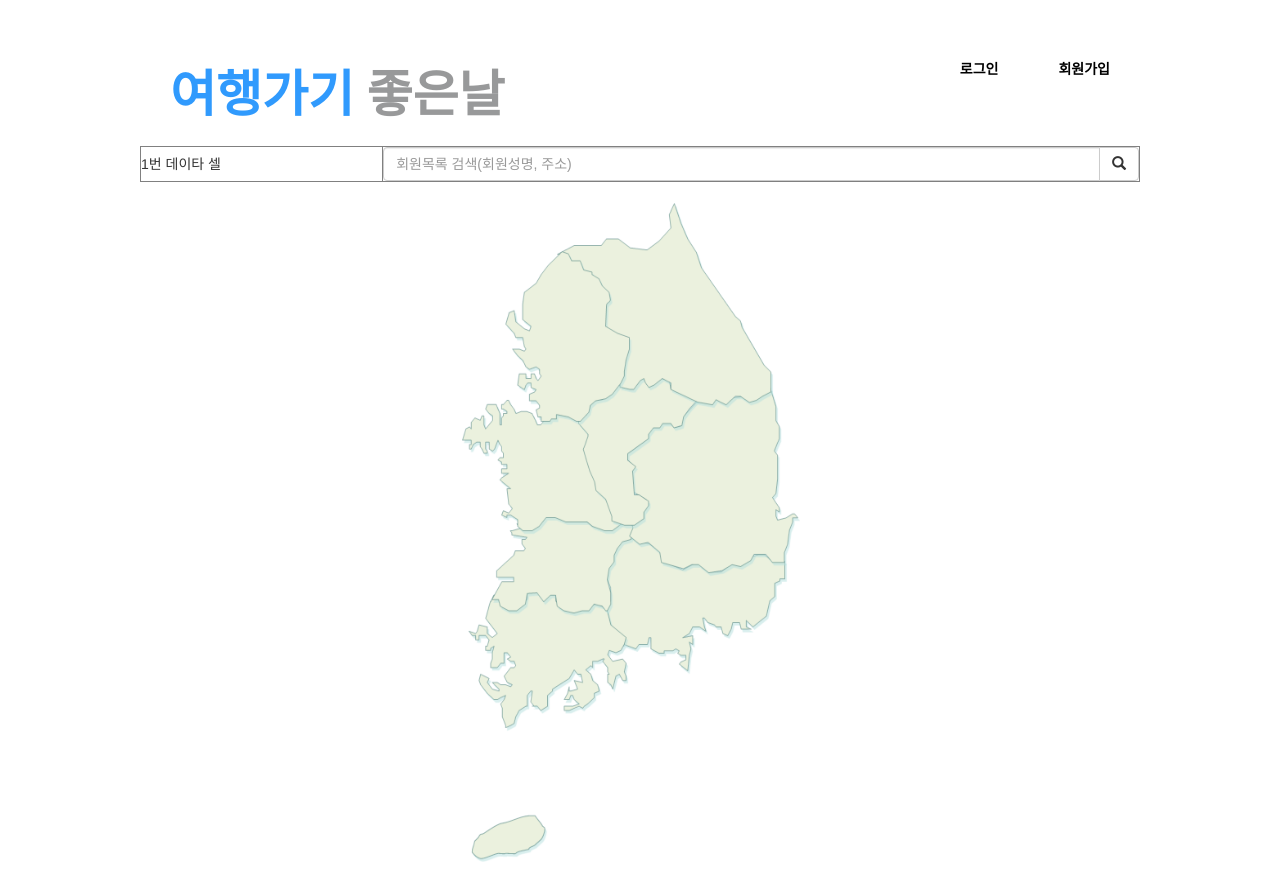
Repository: Hotmintchoco/teamProject1
Page: http://localhost/tripProject/mypage.jsp
An editor plug-in stored every save of this project. The page is shown before and after the next save, followed by the edit.
The browser window is 1280 px wide. The pictures show the whole page.
Some web fonts or font styles are not loaded; a fallback is used. The page is served by Tomcat 9. Nobody is signed in. The application's start-up code is not run. Other server files are loaded and not shown.

Above is the page before, as saved 2022-07-02 11:24:14.

### tripProject/src/main/webapp/mypage.jsp
<%@ page language="java" contentType="text/html; charset=UTF-8"
    pageEncoding="UTF-8"%>
<!DOCTYPE html>
<html>
<head>
<meta charset="UTF-8">
    <meta name="viewport" content="width=device-width, initial-scale=1.0">
    <title>여행가기 좋은날</title>
    <link rel="preconnect" href="https://fonts.googleapis.com">
	<link rel="preconnect" href="https://fonts.gstatic.com" crossorigin>
	<link href="https://fonts.googleapis.com/css2?family=Gugi&display=swap" rel="stylesheet">
    <link rel="stylesheet" href="fontawesome/css/all.min.css"> <!-- https://fontawesome.com/ -->
    <link rel="stylesheet" href="css/magnific-popup.css">
    <link rel="stylesheet" href="css/templatemo-ocean-vibes.css">
    <link rel="stylesheet" href="https://maxcdn.bootstrapcdn.com/bootstrap/3.4.1/css/bootstrap.min.css">
    <style>
        ul,ol.li {list-style: none; margin: 0; padding: 0;}
        nav {width: 1000px; height: 50px; margin:0 auto;}
	    nav > ul > li > a {float: right; color: black;
            text-decoration: none; margin: 0px 30px 0 30px;
            font-weight: bold; font-family: 'Gugi', cursive;}
        #slider {width: 1000px; height: 700px; margin: 0 auto;}
        #slider > img {margin-left: 250px;}
        .tm-mt-0 {float: left; font-size: 50px;}
        #menubar {width: 1000px; margin: 0 auto;}
    </style>
</head>
<body>
    <header class="tm-site-header">
        <div>
            <nav>
                <ul>
                    <li><a href="#">회원가입</a></li>
                    <li><a href="#">로그인</a></li>
                    <li><a href="mypage.jsp" class="tm-mt-0 tm-mb-15"><span class="tm-color-primary">여행가기</span> <span class="tm-color-gray-2">좋은날</span></a></li>
                </ul>
            </nav>
        </div>
    </header>
    <div id="menubar">
		<table border="" style="width: 100%;">
			<tbody>
				<tr style="width: 100%;">
					<td style="width: 24%;">1번 데이타 셀</td>
					<td style="width: 75%;">
					<form action="memberForm.jsp">
						<div class="input-group">
							<input type="text" class="form-control" name="search"
								placeholder="회원목록 검색(회원성명, 주소)">
							<div class="input-group-btn">
								<button class="btn btn-default" type="submit">
									<i class="glyphicon glyphicon-search"></i>
								</button>
							</div>
						</div>
					</form>
					</td>
				</tr>
			</tbody>
		</table>
    </div>

	<div id="slider">
        <img src="img/koreaMap2.png" alt="Map" width="450px" height="700px">
    </div>

    <script src="js/jquery-3.4.1.min.js"></script>
    <script src="js/imagesloaded.pkgd.min.js"></script>
    <script src="js/isotope.pkgd.min.js"></script>
    <script src="js/jquery.magnific-popup.min.js"></script>
    <script src="js/templatemo-script.js"></script>
</body>
</html>

### tripProject/src/main/webapp/css/templatemo-ocean-vibes.css
/*

TemplateMo 554 Ocean Vibes

https://templatemo.com/tm-554-ocean-vibes

*/

html { overflow-x: hidden; }

body {
    font-family: 'Source Sans Pro', sans-serif;
    font-size: 19px;
    line-height: 1.8em;
    overflow-x: hidden;
}

p, span, em, a, address { color: #848586; }
h2, p {
    margin-top: 0;
}

a:hover, a.active { color: #309AFD; }

.tm-btn {
    padding: 10px 40px;
    color: white;
    background-color: #3299CD;
    display: inline-block;
    border: none;
    cursor: pointer;
    font-size: 1.2rem;
    transition: all 0.3s ease;
}

button.tm-btn {
    padding: 15px 40px;
}

.tm-btn:hover {
    color: white;
    background-color: #49b4e9;
}

h1 { font-size: 3rem; }
em { display: block; }
div { box-sizing: border-box;}
.tm-mt-35 { margin-top: 35px; }
.tm-mb-0 { margin-bottom: 0; }
.tm-mb-15 { margin-bottom: 15px; }
.tm-mb-30 { margin-bottom: 30px; }
.tm-mb-40 { margin-bottom: 40px; }
.tm-mb-50 { margin-bottom: 50px; }
.tm-mb-80 { margin-bottom: 80px; }
.tm-text-center { text-align: center; }
.tm-text-right { text-align: right; }
.tm-color-primary { color: #309AFD; }
.tm-color-gray { color: #666768; }
.tm-color-gray-2 { color: #98999A; }
.tm-color-light-gray { color: #9E9FA0; }
.tm-bg-white { background-color: #FFF; }
.tm-bg-gray { background-color: #F1F2F3; }
blockquote { margin: 0 0 30px 10px; }
img { max-width: 100%; }
.tm-page-title { font-size: 30px; }

body, ul {
    margin: 0;
    padding: 0;
}

a {
    text-decoration: none;
    transition: all 0.3s ease;
}

.tm-mt-0 { margin-top: 0; }

.tm-site-header {
    padding: 60px 70px 30px;
}

.tm-tagline {
    font-size: 1.5rem;
    margin-left: 130px;
}

#tm-video-container {
    max-height: 400px;
    overflow: hidden;
    background-color: #333;
    margin-bottom: 90px;
    position: relative;
}

#tm-video {
    width: 100%;
    height: auto;
}

#tm-video-control-button {
    position: absolute;
    bottom: 20px;
    right: 20px;
    z-index: 1000;
    color: #e1e1e1;
}

.tm-nav-item {
    list-style: none;
    margin: 22px;
}

.tm-nav-link {
    display: flex;
    align-items: center;
    flex-direction: column;
    width: 200px;
    height: 200px;
    padding: 30px;
    border: 1px solid #D2D3D4;
    color: #999;
    box-sizing: border-box;
}

.tm-nav-link:hover,
.tm-nav-link.active {
    color: #309AFD;
}

.tm-nav-link i {
    margin-top: 30px;
    color: #309AFD;
}

.tm-main-nav ul {
    display: flex;
    flex-wrap: wrap;
    margin-left: auto;
    margin-right: auto;
}

.tm-container {
    max-width: 1254px;
    padding-left: 15px;
    padding-right: 15px;
    margin: 0 auto 135px;
}

.tm-footer {
    display: flex;
    justify-content: space-between;
    padding: 25px;
    font-size: 0.9em;
}

.tm-close-popup {
    text-align: right;
    display: block;
}

.tm-close-popup i {
    margin-left: 10px;
    margin-right: 10px;
}

.tm-row {
    display: flex;
}

.tm-col-6 {
    flex: 0 0 50%;
}

.tm-intro-pad {
    padding: 40px 55px 50px;
}

.tm-intro-col-l {
    margin-right: 40px;
}

/* text-based popup styling */
.popup {
    position: relative;
    padding: 12px 10px 35px;
    width:auto;
    max-width: 1200px;
    margin: 0 auto;
}

/*

====== Move-from-top effect ======

*/
.mfp-move-from-top .mfp-with-anim {
    opacity: 0;
    transition: all 0.2s;
    transform: translateY(-100px);
}
.mfp-move-from-top.mfp-bg {
    opacity: 0;
    transition: all 0.2s;
}
.mfp-move-from-top.mfp-ready .mfp-with-anim {
    opacity: 1;
    transform: translateY(0);
}
.mfp-move-from-top.mfp-ready.mfp-bg {
    opacity: 0.8;
}
.mfp-move-from-top.mfp-removing .mfp-with-anim {
    transform: translateY(-50px);
    opacity: 0;
}
.mfp-move-from-top.mfp-removing.mfp-bg {
    opacity: 0;
}

button.mfp-arrow {
    display: none;
}

/* Intro */
.tm-intro-img {
    max-width: 300px;
    max-height: 600px;
}

/* Gallery */
.tm-gallery {
    flex: 0 0 68%;
    margin: 0 20px;
}

.tm-gallery-container {
    position: relative;
    max-width: 800px;
    margin: 0 -10px;
	list-style: none;
    text-align: center;
}

.tm-paging {
    overflow: auto;
    margin-top: 25px;
}

.tm-paging li {
    list-style: none;
}

.tm-paging-link {
    display: flex;
    float: left;
    width: 40px;
    height: 40px;
    align-items: center;
    justify-content: center;
    background: white;
    color: #999;
    margin-right: 15px;
    margin-bottom: 15px;
}

a.tm-paging-link.active,
a.tm-paging-link:hover {
    background: #309AFD;
    color: white;
}

.tm-gallery-right {
    flex: 0 0 26%;
    margin-left: 15px;
}

.tm-gallery-links {
    margin-left: 35px;
    margin-bottom: 55px;
}

.tm-gallery-links li {
    list-style: none;
    margin-bottom: 20px;
}

.tm-gallery-link-icon {
    display: inline-block;
    width: 30px;
}

.tm-gallery-item {
    overflow: hidden;
    margin: 15px 10px;
    min-width: 180px;
    max-width: 180px;
    max-height: 240px;
    width: 25%;
    background: #3085a3;
    text-align: center;
    cursor: pointer;
}

.tm-gallery-container figure img {
    position: relative;
    display: block;
    min-height: 100%;
    max-width: 100%;
    opacity: 0.9;
}

.tm-gallery-container figure figcaption {
	padding: 2em;
	color: #fff;
	text-transform: uppercase;
	font-size: 1.25em;
	-webkit-backface-visibility: hidden;
	backface-visibility: hidden;
}

.tm-gallery-container figure figcaption::before,
.tm-gallery-container figure figcaption::after {
	pointer-events: none;
}

.tm-gallery-container figure figcaption,
.tm-gallery-container figure figcaption > a {
	position: absolute;
	top: 0;
	left: 0;
	width: 100%;
	height: 100%;
}

/* Anchor will cover the whole item by default */
/* For some effects it will show as a button */
.tm-gallery-container figure h2 {
	word-spacing: -0.15em;
	font-weight: 300;
}

.tm-gallery-container figure h2 span {
	font-weight: 800;
}

.tm-gallery-container figure h2,
.tm-gallery-container figure p {
	margin: 0;
}

.tm-gallery-container figure p {
	letter-spacing: 1px;
	font-size: 68.5%;
}

/*---------------*/
/***** Chico *****/
/*---------------*/

figure.effect-chico img {
	-webkit-transition: opacity 0.35s, -webkit-transform 0.35s;
	transition: opacity 0.35s, transform 0.35s;
	-webkit-transform: scale(1.12);
	transform: scale(1.12);
}

figure.effect-chico:hover img {
	opacity: 0.5;
	-webkit-transform: scale(1);
	transform: scale(1);
}

figure.effect-chico figcaption {
    padding: 1em;
    box-sizing: border-box;
    display: flex;
    align-items: center;
}

figure.effect-chico figcaption::before {
	position: absolute;
	top: 15px;
	right: 15px;
	bottom: 15px;
	left: 15px;
	border: 1px solid #fff;
	content: '';
	-webkit-transform: scale(1.1);
	transform: scale(1.1);
}

figure.effect-chico figcaption::before,
figure.effect-chico p {
	opacity: 0;
	-webkit-transition: opacity 0.35s, -webkit-transform 0.35s;
	transition: opacity 0.35s, transform 0.35s;
}

figure.effect-chico h2 {
	padding: 20% 0 20px 0;
}

figure.effect-chico p {
    color: white;
	margin: 0 auto;
	max-width: 200px;
	-webkit-transform: scale(1.5);
	transform: scale(1.5);
}

figure.effect-chico:hover figcaption::before,
figure.effect-chico:hover p {
	opacity: 1;
	-webkit-transform: scale(1);
	transform: scale(1);
}

/* Testimonials */
.tm-testimonials-inner {
    padding: 0 20px 30px;
}

.tm-testimonial-col {
    flex: 0 0 33.3334%;
    padding-left: 20px;
    padding-right: 20px;
}

/* About */
.mapouter{
    position:relative;
    height:250px;
    width:100%;
}

.gmap_canvas {
    overflow:hidden;
    background:none!important;
    height:250px;
    width:100%;
}
.tm-contact-row {
    max-width: 1045px;
}
.tm-about-col {
    margin-left: 40px;
    margin-right: 40px;
    max-width: 500px;
}

/* Contact */
#contact {
    padding-bottom: 65px;
}
.tm-contact-col {
    flex: 0 0 50%;
    padding-left: 40px;
}

.tm-contact-col-r {
    padding-left: 0;
    padding-right: 30px;
}

.tm-contact-form {
    max-width: 350px;
    margin-left: 40px;
    margin-right: 40px;
}

.form-control {
    font-family: 'Source Sans Pro', sans-serif;
    font-size: 1.2rem;
    border: 1px solid #D5D6D7;
    box-sizing: border-box;
    padding: 15px;
    width: 100%;
}

.form-group {
    margin-bottom: 25px;
}

select:not([multiple]) {
    -webkit-appearance: none;
    -moz-appearance: none;
    background-position: right 15px center;
    background-repeat: no-repeat;
    background-image: url(../img/select-arrow.png);
    padding: 14px 20px;
    padding-right: 20px;
    color: #666;
}

.tm-contact-links li {
    list-style: none;
    margin-bottom: 10px;
}

.tm-contact-link-icon {
    margin-right: 15px;
}

address {
    font-style: normal;
}

@media (max-width: 850px) {
    .tm-contact-row {
        flex-direction: column;
    }

    .tm-contact-col {
        flex: 0 0 100%;
        max-width: 100%;
        padding-left: 30px;
        padding-right: 30px;
    }

    .tm-contact-form {
        max-width: 100%;
        margin-left: 0;
        margin-right: 0;
        margin-bottom: 50px;
    }
}

@media (max-width: 700px) {
    .tm-about-row {
        flex-direction: column;
    }
    .tm-about-col {
        flex: 0 0 100%;
    }
}

@media (max-width: 1264px) {
    .tm-main-nav ul {
        max-width: 976px;
    }
}

@media (max-width: 1020px) {
    .tm-main-nav ul {
        max-width: 732px;
    }
}

@media (max-width: 776px) {
    .tm-main-nav ul {
        max-width: 488px;
    }
}

@media (max-width: 532px) {
    .tm-main-nav ul {
        max-width: 244px;
    }
}

@media (max-width: 992px) {
    .tm-testimonial-row {
        flex-wrap: wrap;
    }
    .tm-testimonial-col {
        flex: 100%;
        margin-bottom: 50px;
    }

    .tm-testimonial-col:last-child {
        margin-bottom: 0;
    }

    .tm-testimonial-col-2 {
        flex: 50%;
    }
}

@media (max-width: 635px) {
    .tm-testimonial-col-2 {
        flex: 100%;
    }
}

@media (max-width: 902px) {
    .tm-gallery {
        flex: 0 0 50%;
    }
    .tm-gallery-right {
        flex: 0 0 38%;
    }
}

@media (max-width: 805px) {
    .tm-gallery-row {
        flex-direction: column-reverse;
    }
    .tm-gallery {
        flex: 0 0 100%;
    }
    .tm-gallery-right {
        flex: 0 0 100%;
        margin-left: 20px;
        margin-right: 20px;
    }

    .tm-gallery-right-inner {
        display: flex;
        flex-direction: column-reverse;
    }

    .tm-gallery-links {
        display: flex;
        flex-wrap: wrap;
        margin-top: 20px;
        margin-bottom: 0;
        margin-left: 0;
    }

    .tm-gallery-links li {
        margin-right: 20px;
    }
}

@media (max-width: 850px) {
    .tm-content-row {
        flex-direction: column;
    }

    .tm-intro-col-l {
        margin-right: 0;
    }
}

@media (max-width: 650px) {
    .tm-intro-row {
        flex-direction: column;
    }

    .tm-intro-img {
        max-width: 100%;
        max-height: none;
    }
}

@media (max-width: 540px) {
    .tm-footer {
        flex-direction: column;
        align-items: center;
    }
}

@media (max-width: 558px) {
    .tm-site-header {
        padding-left: 30px;
        padding-right: 30px;
    }

    .tm-tagline {
        margin-left: 30px;
    }
}

### tripProject/src/main/webapp/js/templatemo-script.js
/**
 * Credits
 * Isotope with paging: https://codepen.io/TimRizzo/details/ervrRq
 * CSS3 animation effects for Magnific Popup: https://codepen.io/dimsemenov/pen/GAIkt
 */

$(document).ready(function () {

    /*************** Gallery ******************/

    var itemSelector = ".tm-gallery-item";
    var responsiveIsotope = [ [480, 4], [720, 6] ];
    var itemsPerPageDefault = 8;
    var itemsPerPage = defineItemsPerPage();
    var currentNumberPages = 1;
    var currentPage = 1;
    var currentFilter = '*';
    var filterValue = "";
    var pageAttribute = 'data-page';
    var pagerClass = 'isotope-pager';
    var $container = $('.tm-gallery-container').isotope({
        itemSelector: itemSelector
    });

    function adjustGalleryLayout(currentPopup) {
        if(currentPopup == 'gallery') {
            // layout Isotope after each image loads
            $container.imagesLoaded().progress( function() {
                $container.isotope('layout');
            });
        }
    }

    /************** Popup *****************/

    $('#inline-popups').magnificPopup({
        delegate: 'a',
        removalDelay: 500, //delay removal by X to allow out-animation
        callbacks: {
            beforeOpen: function() {
                this.st.mainClass = this.st.el.attr('data-effect');
            },
            open: function() {
                adjustGalleryLayout($.magnificPopup.instance.content.attr('id'));
            }
        },
        midClick: true, // allow opening popup on middle mouse click. Always set it to true if you don't provide alternative source.
        showCloseBtn: false
    });

    $('.tm-close-popup').on( "click", function() {
        $.magnificPopup.close();
    });

    var popupInstance = $.magnificPopup.instance;

    $('.tm-btn-next').on("click", function(e) {
        popupInstance.next();
        adjustGalleryLayout(popupInstance.content.attr('id'));
    });

    $('.tm-btn-contact').on("click", function(e) {
        popupInstance.goTo(4);
    })

    // update items based on current filters
    function changeFilter(selector) { $container.isotope({ filter: selector }); }

    // grab all checked filters and goto page on fresh isotope output
    function goToPage(n) {
        currentPage = n;
        var selector = itemSelector;
        var exclusives = [];

        if(currentFilter != '*') {
            exclusives.push(selector + '.' + currentFilter);
        }

        // smash all values back together for 'and' filtering
        filterValue = exclusives.length ? exclusives.join('') : '*';

        // add page number to the string of filters
        var wordPage = currentPage.toString();
        filterValue += ('.'+wordPage);
        changeFilter(filterValue);
    }

    // determine page breaks based on window width and preset values
    function defineItemsPerPage() {
        var pages = itemsPerPageDefault;

        for( var i = 0; i < responsiveIsotope.length; i++ ) {
            if( $(window).width() <= responsiveIsotope[i][0] ) {
                pages = responsiveIsotope[i][1];
                break;
            }
        }
        return pages;
    }

    function setPagination() {

        var SettingsPagesOnItems = function(){
            var itemsLength = $container.children(itemSelector).length;
            var pages = Math.ceil(itemsLength / itemsPerPage);
            var item = 1;
            var page = 1;
            var selector = itemSelector;
            var exclusives = [];

                if(currentFilter != '*') {
                    exclusives.push(selector + '.' + currentFilter);
                }

                // smash all values back together for 'and' filtering
                filterValue = exclusives.length ? exclusives.join('') : '*';

                // find each child element with current filter values
                $container.children(filterValue).each(function(){
                    // increment page if a new one is needed
                    if( item > itemsPerPage ) {
                        page++;
                        item = 1;
                    }
                    // add page number to element as a class
                    wordPage = page.toString();

                    var classes = $(this).attr('class').split(' ');
                    var lastClass = classes[classes.length-1];
                    // last class shorter than 4 will be a page number, if so, grab and replace
                    if(lastClass.length < 4){
                        $(this).removeClass();
                        classes.pop();
                        classes.push(wordPage);
                        classes = classes.join(' ');
                        $(this).addClass(classes);
                    } else {
                        // if there was no page number, add it
                       $(this).addClass(wordPage);
                    }
                    item++;
                });
            currentNumberPages = page;
        }();

        // create page number navigation
        var CreatePagers = function() {

            var $isotopePager = ( $('.'+pagerClass).length == 0 ) ? $('<div class="'+pagerClass+' tm-paging"></div>') : $('.'+pagerClass);

            $isotopePager.html('');
            if(currentNumberPages > 1){
                for( var i = 0; i < currentNumberPages; i++ ) {
                    var $pager = '';

                    if(currentPage == i+1) {
                        $pager = $('<a href="javascript:void(0);" class="pager active tm-paging-link" '+pageAttribute+'="'+(i+1)+'"></a>');
                    } else {
                        $pager = $('<a href="javascript:void(0);" class="pager tm-paging-link" '+pageAttribute+'="'+(i+1)+'"></a>');
                    }

                    $pager.html(i+1);

                    $pager.click(function(){
                        $('.tm-paging-link').removeClass('active');
                        $(this).addClass('active');
                        var page = $(this).eq(0).attr(pageAttribute);
                        goToPage(page);
                    });
                    $pager.appendTo($isotopePager);
                }
            }
            $container.after($isotopePager);
        }();
    }

    setPagination();
    goToPage(1);

    //event handlers
    $('.tm-gallery-link').click(function(e) {
        var filter = $(this).data('filter');
        currentFilter = filter;
        setPagination();
        goToPage(1);
        $('.tm-gallery-link').removeClass('active');
        $(e.target).addClass('active');
    })

    //Handle window resize
    $(window).resize(function(){
        itemsPerPage = defineItemsPerPage();
        setPagination();
        goToPage(1);
    });

    /************** Video background *********/

    function setVideoSize() {
        const vidWidth = 1280;
        const vidHeight = 720;
        const maxVidHeight = 400;
        let windowWidth = window.innerWidth;
        let newVidWidth = windowWidth;
        let newVidHeight = windowWidth * vidHeight / vidWidth;
        let marginLeft = 0;
        let marginTop = 0;

        if (newVidHeight < maxVidHeight) {
            newVidHeight = maxVidHeight;
            newVidWidth = newVidHeight * vidWidth / vidHeight;
        }

        if(newVidWidth > windowWidth) {
            marginLeft = -((newVidWidth - windowWidth) / 2);
        }

        if(newVidHeight > maxVidHeight) {
            marginTop = -((newVidHeight - $('#tm-video-container').height()) / 2);
        }

        const tmVideo = $('#tm-video');

        tmVideo.css('width', newVidWidth);
        tmVideo.css('height', newVidHeight);
        tmVideo.css('margin-left', marginLeft);
        tmVideo.css('margin-top', marginTop);
    }

    setVideoSize();

    // Set video background size based on window size
    let timeout;
    window.onresize = function () {
        clearTimeout(timeout);
        timeout = setTimeout(setVideoSize, 100);

        adjustIntroImg();
    };

    // Play/Pause button for video background
    const btn = $("#tm-video-control-button");

    btn.on("click", function (e) {
        const video = document.getElementById("tm-video");
        $(this).removeClass();

        if (video.paused) {
            video.play();
            $(this).addClass("fas fa-pause");
        } else {
            video.pause();
            $(this).addClass("fas fa-play");
        }
    });


    // Adjust intro image based on the screen size
    adjustIntroImg();

    function adjustIntroImg() {
        var img = 'img/';

        if(window.innerWidth > 650) {
            img += 'intro.jpg';
        } else {
            img += 'intro-big.jpg';
        }

        $('.tm-intro-img').attr('src', img);
    }
});

Loaded but not shown: tripProject/src/main/webapp/fontawesome/css/all.min.css (library); tripProject/src/main/webapp/css/magnific-popup.css (library); tripProject/src/main/webapp/js/jquery-3.4.1.min.js (library); tripProject/src/main/webapp/js/imagesloaded.pkgd.min.js (library); tripProject/src/main/webapp/js/isotope.pkgd.min.js (library); tripProject/src/main/webapp/js/jquery.magnific-popup.min.js (library)

After the next save:
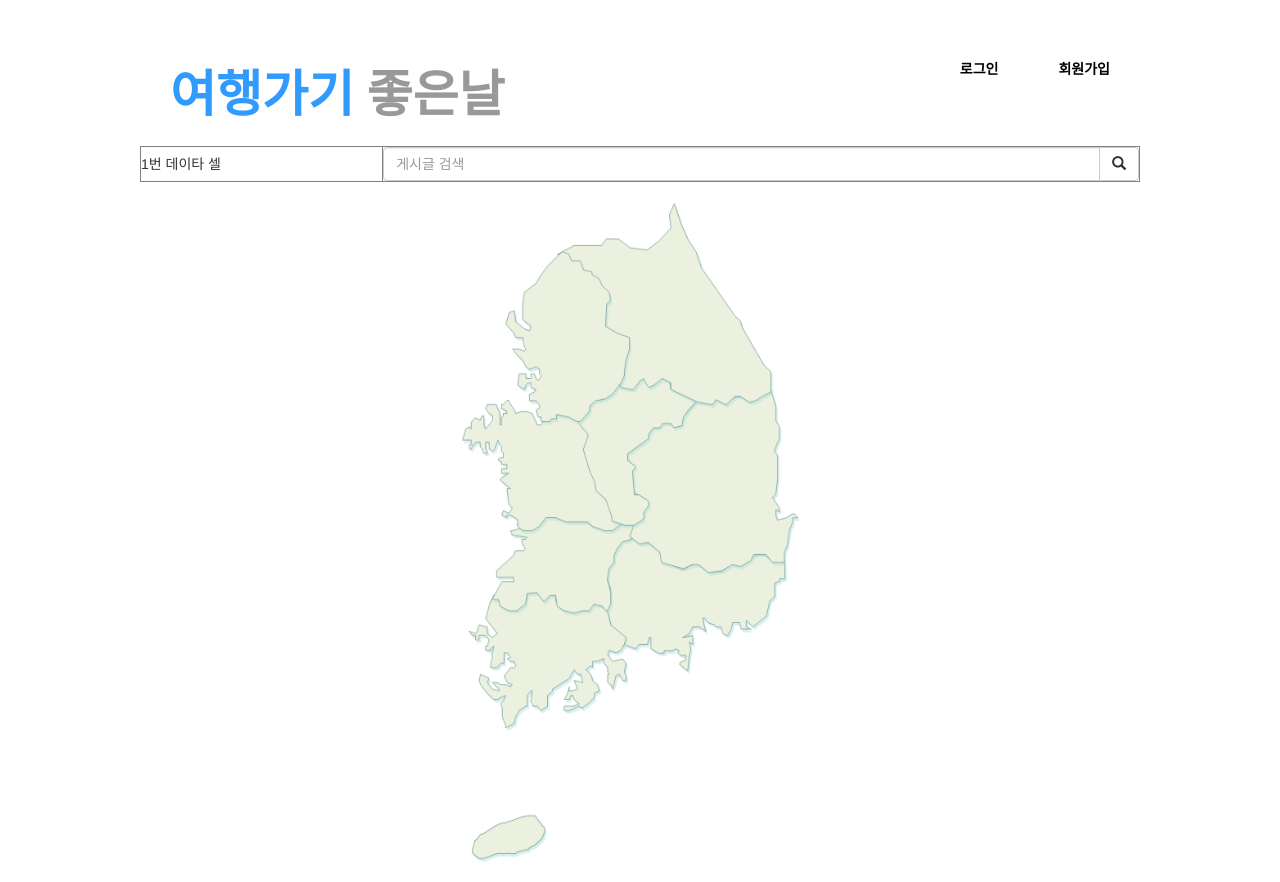
Saved 32 s later.
--- a/tripProject/src/main/webapp/mypage.jsp
+++ b/tripProject/src/main/webapp/mypage.jsp
@@ -46,7 +46,7 @@
 					<form action="memberForm.jsp">
 						<div class="input-group">
 							<input type="text" class="form-control" name="search"
-								placeholder="회원목록 검색(회원성명, 주소)">
+								placeholder="게시글 검색">
 							<div class="input-group-btn">
 								<button class="btn btn-default" type="submit">
 									<i class="glyphicon glyphicon-search"></i>
